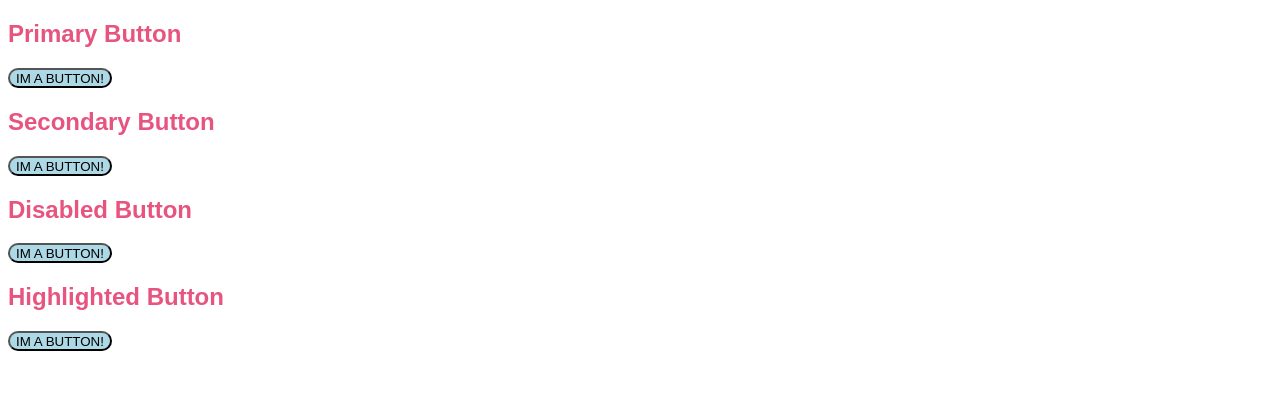
Repository: Jvien2/3126-repo
Page: index.html
An editor plug-in stored every save of this project. The page is shown before and after the next save, followed by the edit.
The browser window is 1280 px wide. The pictures show the whole page.

Above is the page before, as saved 2026-10-01 01:03:36.
Not found: code.js

### index.html
<!DOCTYPE html>
<html lang="en">
<head>
    <meta charset="UTF-8">
    <meta name="viewport" content="width=device-width, initial-scale=1.0">
    <title>Assignment 1</title>
    <link rel="stylesheet" href="style.css">
    <script src="code.js" defer></script>
</head>
<body>
    <!-- regular button -->
    <!-- <h2>No Modifier</h2>
        <button class="btn">IM A BUTTON!</button> -->

    <!-- prmary -->
    <h2>Primary Button</h2>
        <button class="btn btn-primary">IM A BUTTON!</button>

    <!-- secondary -->
    <h2>Secondary Button</h2>
         <button class="btn btn-secondary">IM A BUTTON!</button>

    <!-- disabled -->
    <h2>Disabled Button</h2>
         <button class="btn btn-disabled">IM A BUTTON!</button>

    <!-- highlighted -->
    <h2>Highlighted Button</h2>
         <button class="btn btn-highlight">IM A BUTTON!</button>

</body>
</html>

### style.css
h2 {
    color: #e75480;
    font-family: Arial, Helvetica, sans-serif;
}

.btn {
    width: fit-content;
    height: 20px;
    border-radius: 20px;
    background-color: lightblue;
}

.btn-primary {
    color:#ab2e53
    height: 35px

}

After the next save:
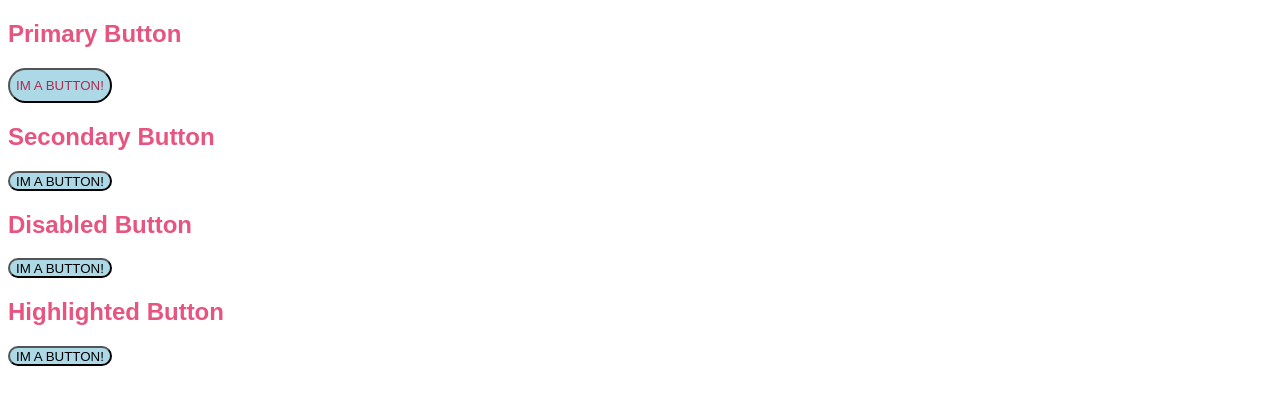
Saved 4 s later.
--- a/style.css
+++ b/style.css
@@ -11,7 +11,7 @@ h2 {
 }
 
 .btn-primary {
-    color:#ab2e53
+    color:#ab2e53;
     height: 35px
 
 }
